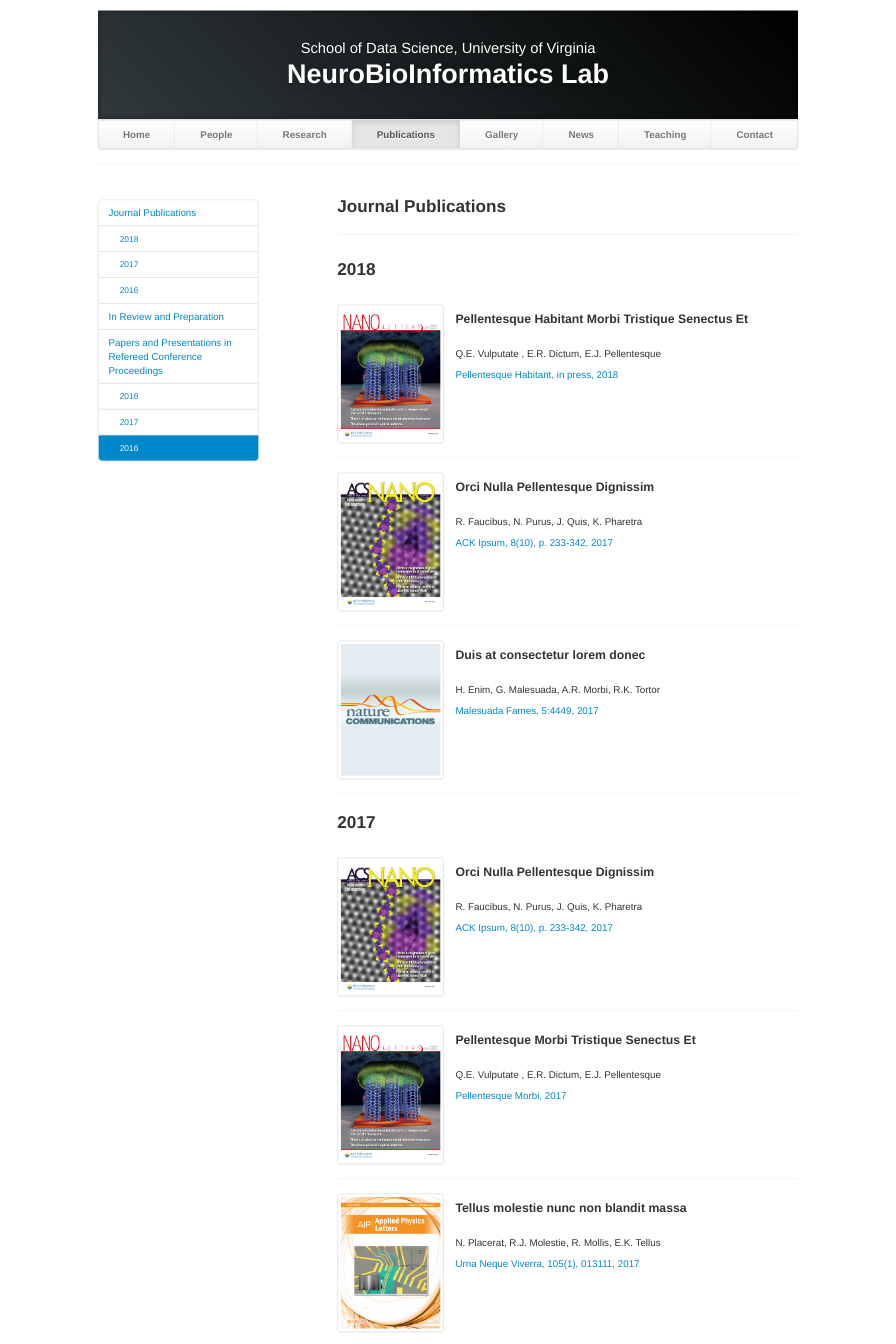
Repository: nbillab/nbillab.io
Page: publications.html
The author's editor kept a copy of each file at every save. The page is drawn from the files as they stood at one save, then again after the next save.
The browser window is 1280 px wide. The pictures show the part of the page from y = 0 to 1920 px (the page is 5403 px tall), at 70% of full size.

Above is the page before, as saved 2025-08-17 17:04:57.

After the next save:
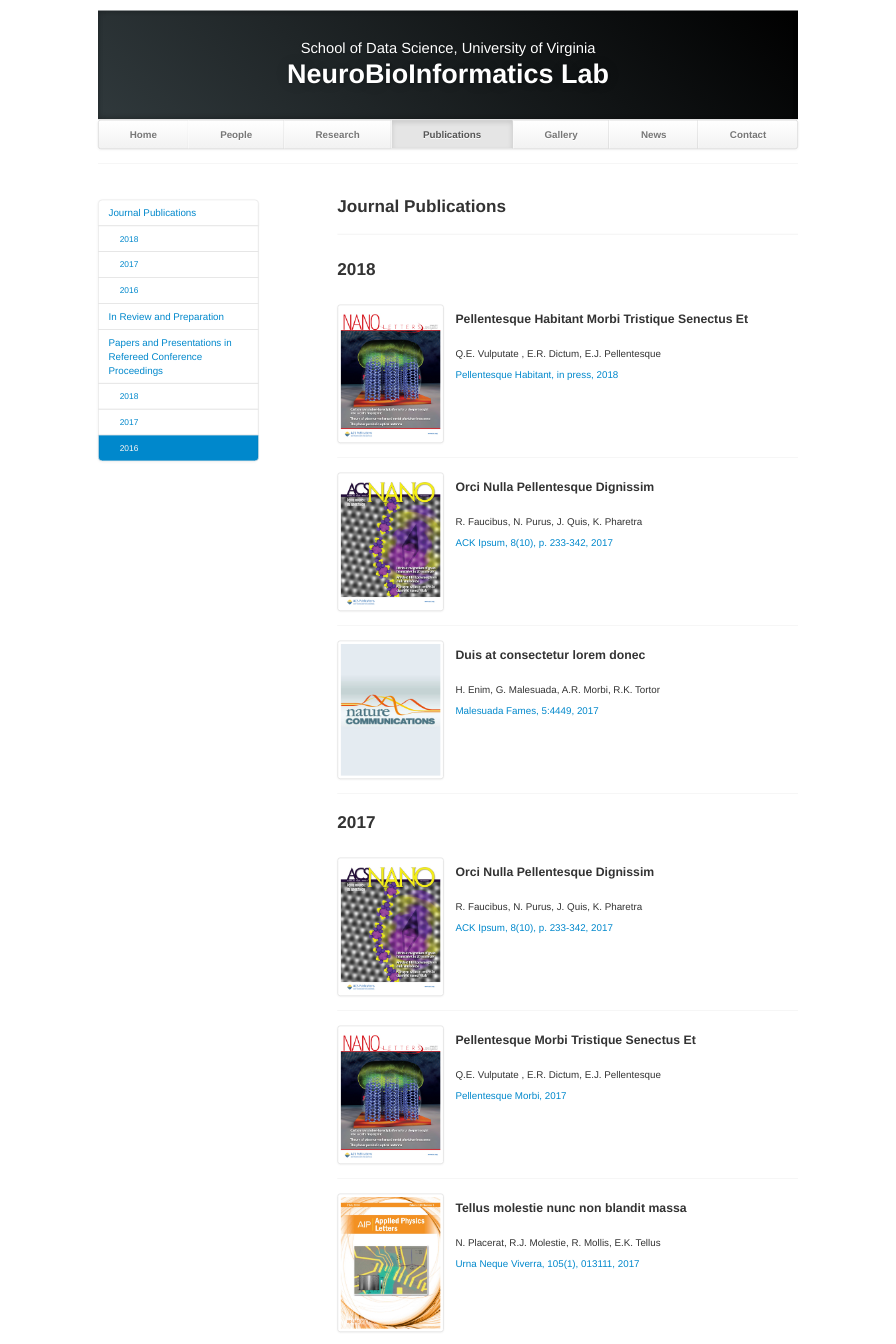
Saved 17 s later.
--- a/publications.html
+++ b/publications.html
@@ -28,7 +28,6 @@
                         <li class="active"><a href="#">Publications</a></li>
                         <li><a href="gallery.html">Gallery</a></li>
                         <li><a href="news.html">News</a></li>
-                        <li><a href="teaching.html">Teaching</a></li>
                         <li><a href="contact.html">Contact</a></li>
                      </ul>
                   </div>
